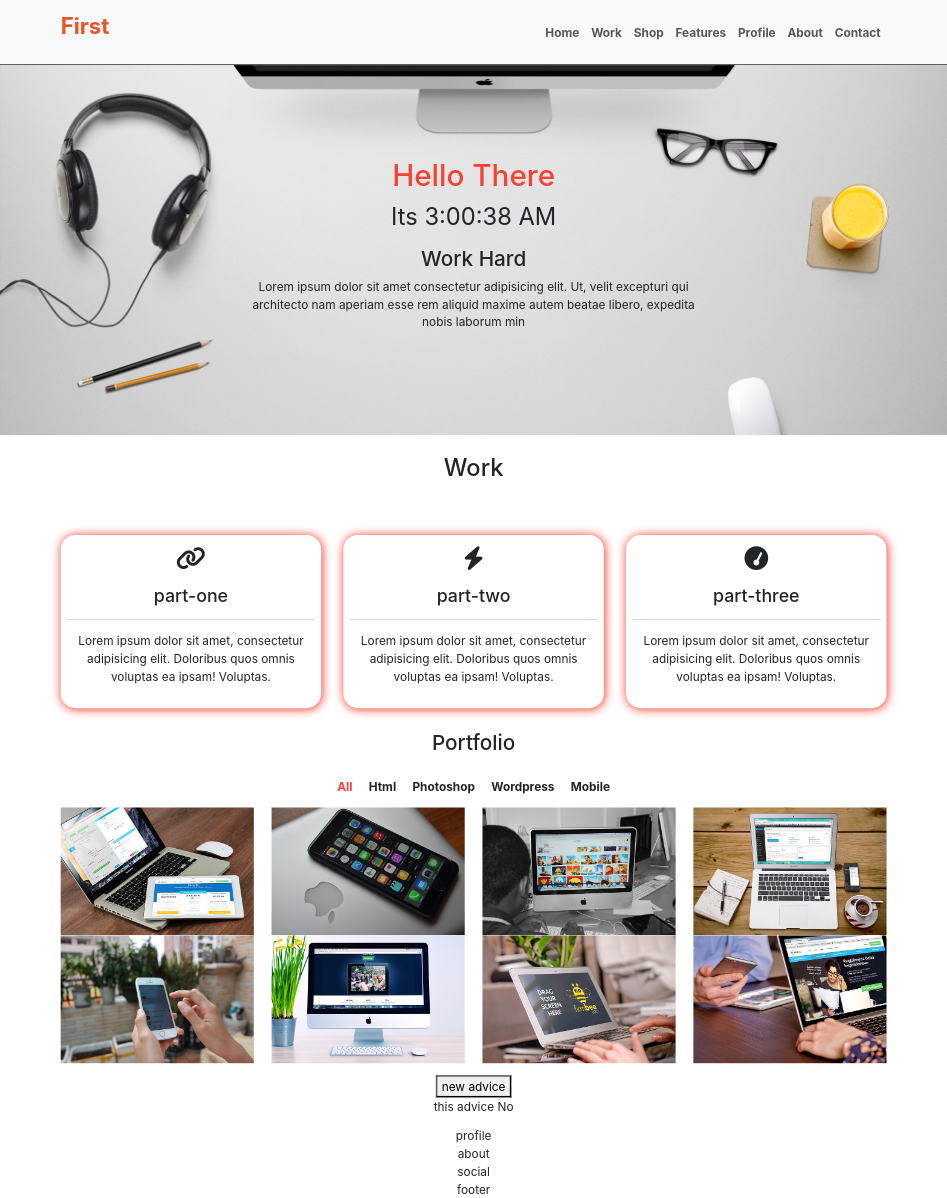
Repository: Hager-h/temple
Page: /
An editor plug-in stored every save of this project. The page is shown before and after the next save, followed by the edit.
The browser window is 1280 px wide. The pictures show the whole page, at 74% of full size.
The page's requests for data from a server got no answer. The project was rebuilt for these pictures with package versions that can differ from the ones it lists, and the page was loaded fresh each time. No one was signed in, and anything a server would have sent is missing. Also part of the build but not shown: src/components/contact/index.js, src/components/Shop/shop.css, src/components/Shop/Shop.js, src/components/card/card.css, src/components/card/Card.js.

Above is the page before, as saved 2023-07-17 16:00:29.

### src/index.js
import React from 'react';
import ReactDOM from 'react-dom/client';
import "../node_modules/bootstrap/dist/css/bootstrap.min.css"
import "../node_modules/bootstrap/dist/js/bootstrap.min.js"
import './index.css';

import App from './App';
import reportWebVitals from './reportWebVitals';
import { BrowserRouter } from 'react-router-dom';

const root = ReactDOM.createRoot(document.getElementById('root'));
root.render(
  <React.StrictMode>
  <BrowserRouter>
  <App />
  </BrowserRouter>
  </React.StrictMode>
);

// If you want to start measuring performance in your app, pass a function
// to log results (for example: reportWebVitals(console.log))
// or send to an analytics endpoint. Learn more: https://bit.ly/CRA-vitals
reportWebVitals();

### src/App.js
import './App.css';
import Home from "./components/home/Home"
import Contact from "./components/contact/index"
import Nav from "./components/navbar/Nav"
import {Routes,Route} from "react-router-dom"
import Shop from './components/Shop/Shop';
import Card  from './components/card/Card';
function App() {
  return (
    <div className="App">
    <Nav />
    <Routes>
    <Route path="/" element={<Home />} />
    <Route path="/contact" element={<Contact />} />
    <Route path="/shop" element={<Shop />} />
    <Route path="shop/:cardId" element={<Card />} />

    </Routes>




    </div>
  );
}

export default App;

### src/components/home/Home.js
import React from 'react'
import Work from "./../work/Work"
import Portfolio from "./../portfolio/Portfolio"
import Footer from "./../footer/Footer"
import Social from "./../social/Social"
import About from "./../about/about"
import Profile from "./../Profile/Profile"
import Landing from "./../landing/landing"
import Advice from "./../advice/Advice"
export default function Home() {
  return (
    <div>

<Landing />
    <Work />
    <Portfolio />
<Advice />
    <Profile />
    <About />
    <Social />
    <Footer />



    </div>
    )
}

### src/components/navbar/Nav.js
import React from "react"
import { Link } from 'react-router-dom'

import "./navStyle.css"
export default function Nav() {
  return (



    <nav className="navbar navbar-expand-lg bg-body-tertiary ">
    <div className="container ">
      <p className="navbar-brand logo-text" >First</p>
      <button className="navbar-toggler" type="button" data-bs-toggle="collapse" data-bs-target="#navbarNavAltMarkup" aria-controls="navbarNavAltMarkup" aria-expanded="false" aria-label="Toggle navigation">
        <span className="navbar-toggler-icon"></span>
      </button>
      <div className="collapse navbar-collapse  " id="navbarNavAltMarkup">
        <div className="navbar-nav ms-auto">
          <Link className="nav-link " to="/">Home</Link>
          <Link className="nav-link" to="/work">Work</Link>
          <Link className="nav-link" to="/shop">Shop</Link>
          <Link className="nav-link" to="/feat">Features</Link>
          <Link className="nav-link" to="/profile">Profile</Link>
          <Link className="nav-link" to="/about">About</Link>
          <Link className="nav-link" to="/contact">Contact</Link>
        </div>

      </div>
    </div>
  </nav>

















  )
}

### src/components/work/Work.js
import "./work.css"
import {Usehook} from "../hook/Hook"
export default function Work() {
  const[data,loading,err]=Usehook('js/data.json')



const dataList=data.map(item=>{
  return (
    <div key={item.id}className="part first">
    <i className={item.icon_name}></i>
<h4 className="part-title">{item.title}</h4>
<hr className="line"/>
<p className="part-desc">
{item.body}
</p>
</div>
  )
})
  return (
    <div className="work">
    <div className="container">

        <h2 className="work-title"><span>My</span> Work</h2>
        <div className="all-work">

        {loading&&<p className="spinner"></p>}
          {dataList}
          {err&&<p className="Err">{err}</p>}
            </div>
    </div>
</div>
  )
}

### src/components/portfolio/Portfolio.js
import React,{useEffect,useState} from 'react'

import "./port.css"
import {Usehook} from "../hook2/Hook2.js"

export default function Portfolio() {


    const[data,loading,err]=Usehook('js/data.json')

    const images=data.map((item)=>{
      console.log(item)
      return(

<div key={item.id} className=" col-md-3 box">
<div className="overlay"></div>
<span>Show Image</span>
<div className="show ">

<img className="port-image  " src={item.image} alt="image" />

          </div>







      </div>


    )
  })






  return (
    <div className="port">
<h3> <span> My</span> Portfolio</h3>

<div className="catgeory">
<p className="orange">All</p>
<p>Html</p>
<p>Photoshop</p>
<p>Wordpress</p>
<p> Mobile</p>
</div>
<div className="container">
        <div className="row ">






{images}

        </div>
        </div>






</div>











  )
}

### src/components/social/Social.js
import React from 'react'

export default function Social() {
  return (
    <div>
      social
    </div>
  )
}

### src/components/landing/landing.js
import React,{Fragment, useState,useEffect} from 'react'
import "./landing.css"
export default function Landing() {
  const [time, settime] = useState(new Date().toLocaleTimeString())
  useEffect(() => {
    setInterval(() => {
      settime(new Date().toLocaleTimeString())
    },1000)
  },[])
  return (
    <>
    <div className='landing'>
    <div className='containerr'>
    <div className='text-landing'>

    <h1>hello there
    </h1>
              <p className="text-dark fs-2"> Its {time}</p>
<h3>work hard </h3>
<p>Lorem ipsum dolor sit amet consectetur adipisicing elit. Ut, velit excepturi qui architecto nam aperiam esse rem aliquid maxime autem beatae libero, expedita nobis laborum min</p>

</div>
      </div>
    </div>
    </>
  )
}

### src/components/advice/Advice.js
import React from 'react'
import {useState,useEffect}from "react"
import axios from "axios"
export default function Advice() {
  const [advice, setadvice] = useState("")
  const [count, setcount] = useState()

  const getAdvice = () => {
    axios.get(`https://api.adviceslip.com/advice`)
      .then((res) => setadvice(res.data.slip.advice)
      )
  }

  useEffect(() => {
    getAdvice()
  },[])
  return (
    <div>
      <p>{advice}</p>
      <button onClick={ getAdvice }>new advice</button>
      <p>this advice No { count}</p>

    </div>
  )
}

### src/components/navbar/navStyle.css
.navbar {
  background: #fff;
  border-bottom: 1px solid #000;


}




 .logo-text {
  font-size: 30px;
  font-weight: bold;
  color:#eb5424
};
.nav-link{
  font-weight: bolder;}
.nav-link:focus, .nav-link:hover {
  color: #F44336;
}.nav-link:focus, .nav-link:hover {
  color: #F44336;

}
.navbar-nav{
  font-weight: bolder;

}
.navbar-toggler:focus{
  border:2px solid #F44336;
  box-shadow: 0 0 0 #F44336;
}
@media(max-width:570px){
  .text-landing{
    width:100%;
  }
}

### src/components/work/work.css



.all-work{display: flex;
    justify-content: center;
    align-items: center;
    margin-top: 72px;}
    .part{
      box-shadow: 1px 1px 13px 1px #f44336;
    border-radius: 20px;
    padding: 15px 8px;

    }
    .part-title{
      margin-top:20px;
    }
    .part:not(:last-child){
      margin-right:30px
    }
    .work-title span{
      color:#f44336
    }
    .work-title{
      margin-top:25px
    }
.loading{

}
.Err{
  font-weight:bolder;
  text-transform: capitalize;
      color:#f44336;
font-size :22px;
margin-bottom: 30px;
text-align: center;
}

.spinner {
  border: 3px solid #f3f3f3;
  border-top: 3px solid #f44336;
  border-radius: 50%;
  width: 20px;
  height: 40px;
  animation: spin 1s linear infinite;
  position: absolute  ;
  top:50%;
  left:50%;
  transform:translate(-50%,-50%)
   ;
  -webkit-transform:translate(-50%,-50%)  ;
  -moz-transform:translate(-50%,-50%)  ;
  -ms-transform:translate(-50%,-50%)  ;
  -o-transform:translate(-50%,-50%)  ;
}

@keyframes spin {
  0% { transform: rotate(0deg); }
  100% { transform: rotate(360deg); }
}


    @media(max-width:570px){
      .all-work{
      flex-wrap:wrap;
      }
.part:not(:last-child){
  margin-right: 0;
}
.part{
  margin-bottom: 22px;
}

    }

### src/components/hook/Hook.js
import {useEffect,useState}from 'react'
import axios from 'axios'
export  function Usehook(url) {
  const [data,setdata]=useState([])
  const [err,seterr]=useState(null)
  const [loading,setloading]=useState(null)

  useEffect(()=>{
    setloading(true)
    axios.get(url).then(res=>
      {
      setloading(false)
    setdata(res.data.works)
    console.log(res.data)
    seterr(false)
    }
    ).catch(err=>{
      setloading(false)
      seterr("something went wrong")
    })

  },[])
return[data,loading,err]
}

### src/components/portfolio/port.css
.port{
  margin-top:30px;
}
.box{position:relative;
  overflow: hidden;


}
 .catgeory{
  display :flex;
  justify-content: center;
  align-items: center;
  margin-top: 30px;

 }
 .catgeory p:not(:last-child){
  margin-right: 22px;
 }
.catgeory p{
  cursor:pointer;
  font-weight: bold;

}
.catgeory p:hover,.orange{
  color: #F44336;
}


  .port-image{
    max-width:100%;

 }
 span{
  border:1px solid #F44336;
  position: absolute;
  top:50%;
  left:50%;
  transform: translate(-50%,-50%);
  -webkit-transform: translate(-50%,-50%);
  -moz-transform: translate(-50%,-50%);
  -ms-transform: translate(-50%,-50%);
  -o-transform: translate(-50%,-50%);
  background-color: aliceblue;
  padding: 8px 8px;
  border-radius: 14px;
  -webkit-border-radius: 14px;
  -moz-border-radius: 14px;
  -ms-border-radius: 14px;
  -o-border-radius: 14px;
  cursor:pointer;
  font-weight:bolder;
  opacity:0;

}
.overlay{
  position: absolute;
  top: 0;
  left: 0;
  bottom: 0;
  right: 0;
  background: rgba(224, 158, 138, 0.5);
  font-size: 15px;
  opacity: 0;
  max-width:100% ;
}
.box:hover .overlay,
.box:hover span{
  opacity: 1;
}

### src/components/hook2/Hook2.js
import React ,{useEffect,useState}from 'react'
import axios from 'axios'
export  function Usehook(url) {
  const [data,setdata]=useState([])
  const [err,seterr]=useState(null)
  const [loading,setloading]=useState(null)

  useEffect(()=>{
    setloading(true)
    axios.get(url).then(res=>
      {
      setloading(false)
    setdata(res.data.portfolio)
    console.log(res.data.portfolio)
    seterr(false)
    }
    ).catch(_err=>{
      setloading(false)
      seterr("something went wrong")
    })

  },[url])
return[data,loading,err]
}

### src/components/landing/landing.css
.landing{
  height: 500px;
   background:url("../../../public/images/Home/home-bg.jpg");
  background-position: center;
  background-size: cover;
position: relative;
text-align: center;
}
.containerr{
  width:85%;
  margin:auto;
}
.text-landing{
  position:absolute;
  top:50%;
  left:50%;
  transform: translate(-50%,-50%);
  -webkit-transform: translate(-50%,-50%);
  -moz-transform: translate(-50%,-50%);
  -ms-transform: translate(-50%,-50%);
  -o-transform: translate(-50%,-50%);
}
h1{
  color:#F44336;
  text-transform: capitalize;

}
h3{
  text-transform: capitalize;

}

### public/js/data.json
{
  "works" : [
      {
          "id" : 1,
          "icon_name": "icon fa fa-chain fa-2x",
          "title": "part-one",
          "body": "Lorem ipsum dolor sit amet, consectetur adipisicing elit. Doloribus quos omnis voluptas ea ipsam! Voluptas."
      },
      {
          "id" : 2,
          "icon_name": "icon fa fa-bolt fa-2x",
          "title": "part-two",
          "body": "Lorem ipsum dolor sit amet, consectetur adipisicing elit. Doloribus quos omnis voluptas ea ipsam! Voluptas."
      },
      {
          "id" : 3,
          "icon_name": "icon fa fa-tachometer fa-2x",
          "title": "part-three",
          "body": "Lorem ipsum dolor sit amet, consectetur adipisicing elit. Doloribus quos omnis voluptas ea ipsam! Voluptas."
      }
  ],

  "portfolio" : [
      {
          "id":1,
          "image": "/images/Portfolio/portfolio-img1.jpg"

      },
      {
          "id":2,
          "image": "/images/Portfolio/portfolio-img2.jpg"
        },
      {
          "id":3,
          "image": "/images/Portfolio/portfolio-img3.jpg"
        },
      {
          "id":4,
          "image": "/images/Portfolio/portfolio-img4.jpg"
        },
      {
          "id":5,
          "image": "/images/Portfolio/portfolio-img5.jpg"
        },
      {
          "id":6,
          "image": "/images/Portfolio/portfolio-img6.jpg"
      },
      {
          "id":7,
          "image": "/images/Portfolio/portfolio-img7.jpg"
      },
      {
          "id":8,
          "image": "/images/Portfolio/portfolio-img8.jpg"
      }
  ] ,
  "social" : [
      {
          "id": 1,
          "icon" : "icon fa fa-facebook fa-lg",
          "title" : "Follow Me on",
          "body" : "Social Facebook"
      },
      {
          "id": 2,
          "icon" : "icon fa fa-twitter fa-lg",
          "title" : "Tweet Me on",
          "body" : "Social twitter"
      },
      {
          "id": 3,
          "icon" : "icon fa fa-pinterest fa-lg",
          "title" : "Pin Me on",
          "body" : "Social Pinterest"
      }
  ]
}

Loaded but not shown: public/index.html (common file); src/index.css (common file); src/reportWebVitals.js (common file); src/App.css (common file); src/components/footer/Footer.js (common file); src/components/about/About.js (common file); src/components/Profile/Profile.js (common file)

After the next save:
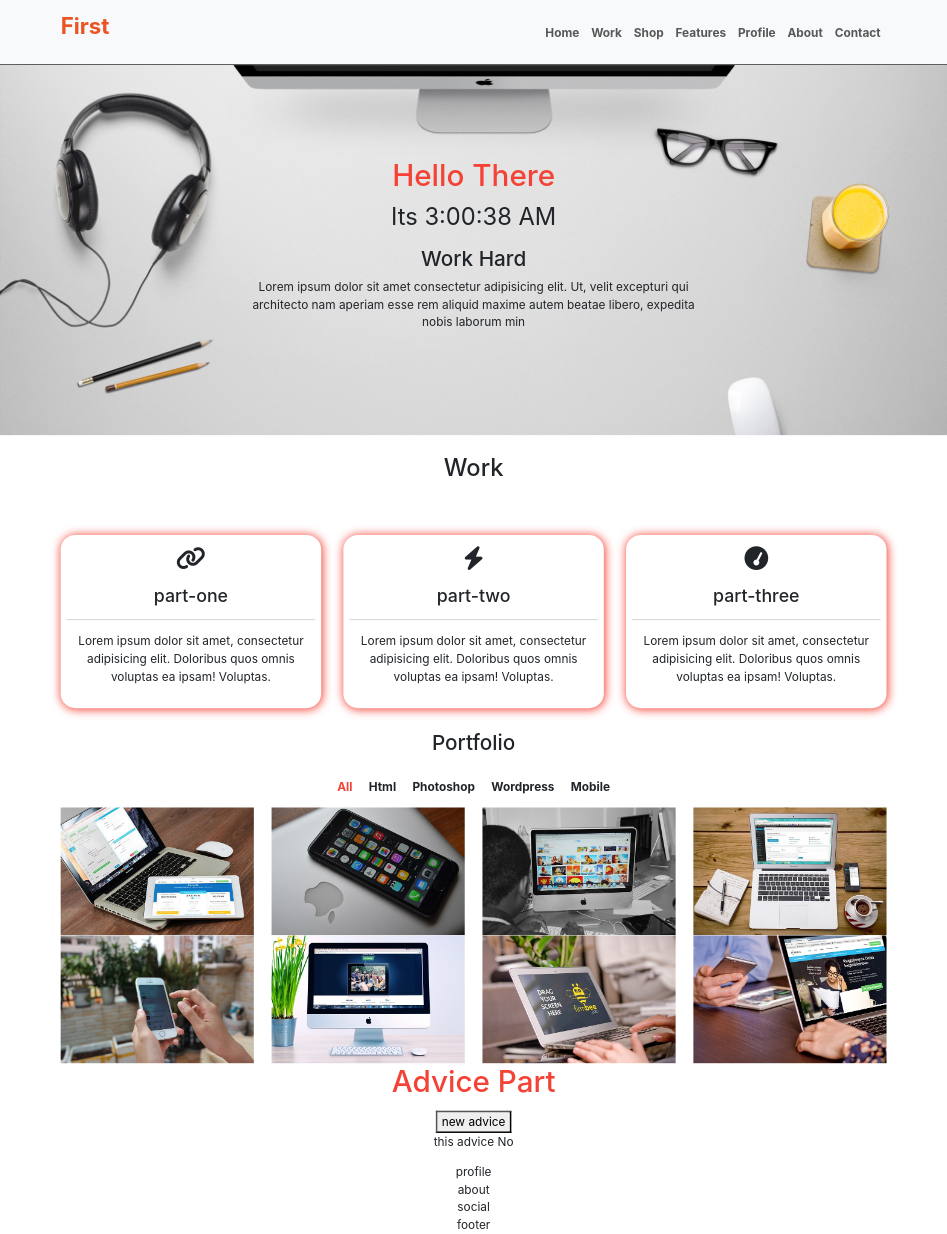
Saved 66 s later.
--- a/src/components/advice/Advice.js
+++ b/src/components/advice/Advice.js
@@ -15,7 +15,8 @@ export default function Advice() {
     getAdvice()
   },[])
   return (
-    <div>
+    <div className="advice">
+      <h1>Advice Part</h1>
       <p>{advice}</p>
       <button onClick={ getAdvice }>new advice</button>
       <p>this advice No { count}</p>
